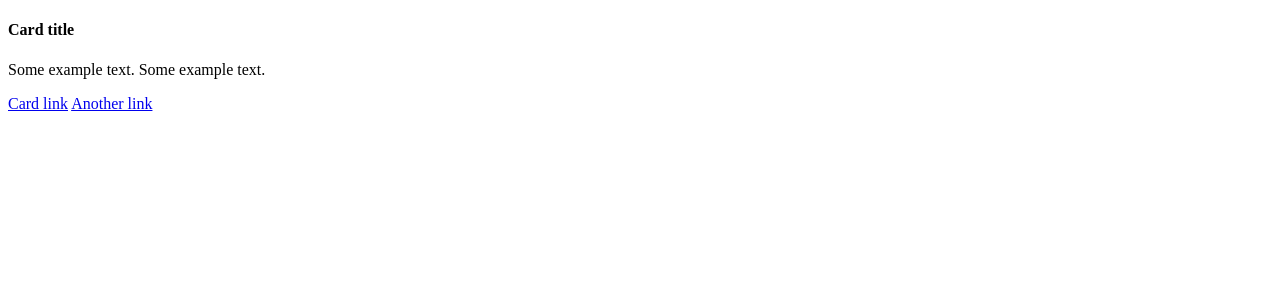
Repository: ZamlZam/REPO-11
Page: product-cards/index.html
These files come from the project's save history. The page is drawn as it stood at one moment and after the next save; the edit follows.
The browser window is 1280 px wide. The pictures show the whole page.

Above is the page before, as saved 2023-04-12 19:26:17.

### product-cards/index.html
<!DOCTYPE html>
<html lang="en">
<head>
  <meta charset="UTF-8">
  <meta http-equiv="X-UA-Compatible" content="IE=edge">
  <meta name="viewport" content="width=device-width, initial-scale=1.0">
  <title>Document</title>
</head>
<body>
  <div class="card">
    <div class="card-body">
      <h4 class="card-title">Card title</h4>
      <p class="card-text">Some example text. Some example text.</p>
      <a href="#" class="card-link">Card link</a>
      <a href="#" class="card-link">Another link</a>
    </div>
  </div>
</body>
</html>

After the next save:
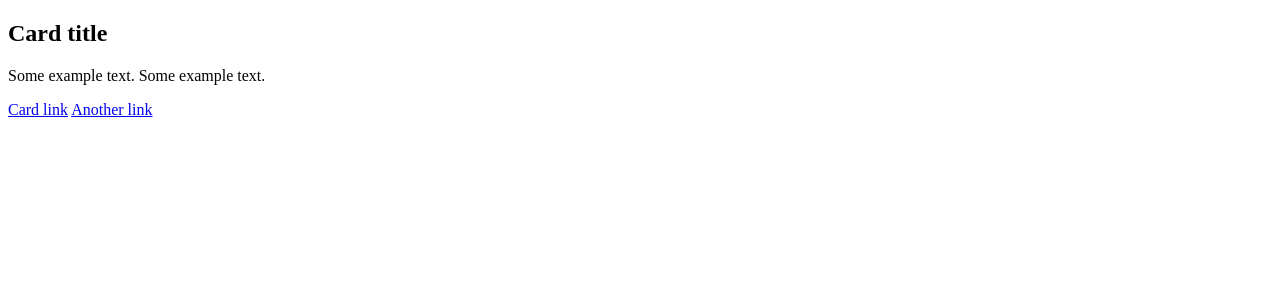
Saved 12 s later.
--- a/product-cards/index.html
+++ b/product-cards/index.html
@@ -9,7 +9,7 @@
 <body>
   <div class="card">
     <div class="card-body">
-      <h4 class="card-title">Card title</h4>
+      <h2 class="card-title">Card title</h2>
       <p class="card-text">Some example text. Some example text.</p>
       <a href="#" class="card-link">Card link</a>
       <a href="#" class="card-link">Another link</a>
